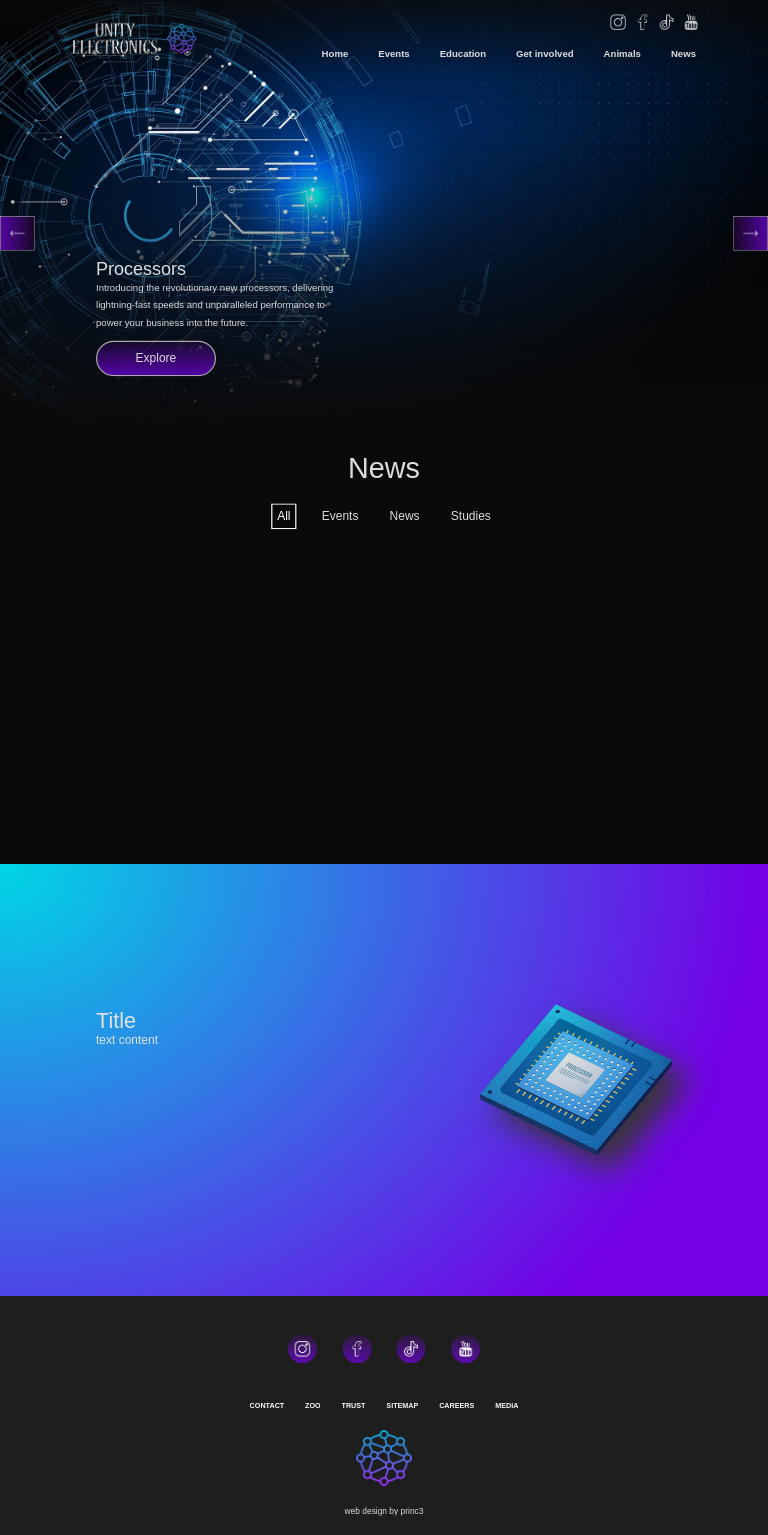
Repository: princ3-web/five
Page: /
An editor plug-in stored every save of this project. The page is shown before and after the next save, followed by the edit.
The browser window is 1280 px wide. The pictures show the whole page, at 60% of full size.
The project was rebuilt for these pictures with package versions that can differ from the ones it lists, and the page was loaded fresh each time. Also part of the build but not shown: src/css/subpage.module.css, src/pages/Events.jsx, src/pages/Education.jsx, src/pages/Membership.jsx, src/pages/Animals.jsx, src/pages/News.jsx, src/pages/Support.jsx.

Above is the page before, as saved 2023-05-08 18:47:35.

After the next save:
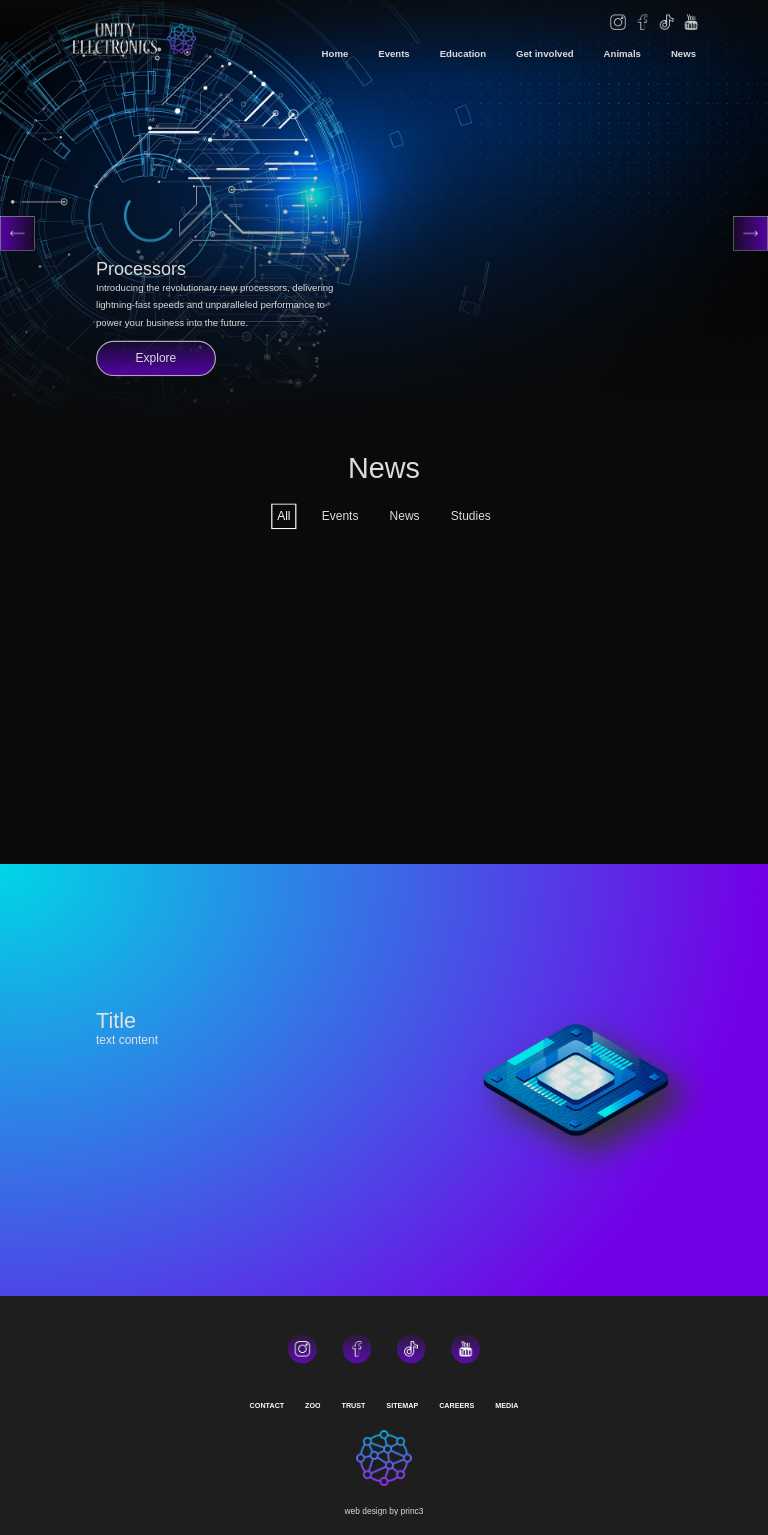
Saved 7 s later.
--- a/src/components/Objectscroller.jsx
+++ b/src/components/Objectscroller.jsx
@@ -9,7 +9,7 @@ const Objectscroller = () => {
           <div className={objectscroller.title}>Title</div>
           <div className={objectscroller.text}>text content</div>
         </div>
-        <img className={objectscroller.image} src={require("../assets/images/object0.png")} alt="" />
+        <img className={objectscroller.image} src={require("../assets/images/object1.png")} alt="" />
       </div>
     </div>
   );
